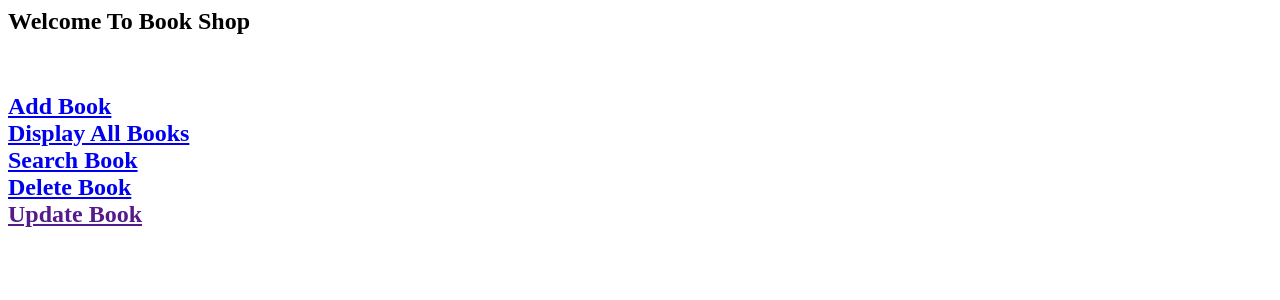
Repository: Bhakti-Belan/Web_Based_Java_Assignment
Page: http://localhost/Online_Bookshop/
The author's editor kept a copy of each file at every save. The page is drawn from the files as they stood at one save, then again after the next save.
The browser window is 1280 px wide. The pictures show the whole page.
The page is served by Tomcat 10. Other server files are loaded and not shown.

Above is the page before, as saved 2025-04-25 03:28:02.

### Online_Bookshop/src/main/webapp/index.jsp
<html>
<body>
<h2>Welcome To Book Shop</h2>
<br>
<h2>
<a href="addBook.jsp">Add Book</a><br>
<a href="viewAll.jsp">Display All Books</a><br>
<a href="searchBook.jsp">Search Book</a><br>
<a href="deleteBook.jsp">Delete Book</a><br>
<a href="">Update Book</a><br>
</h2>
</body>
</html>

After the next save:
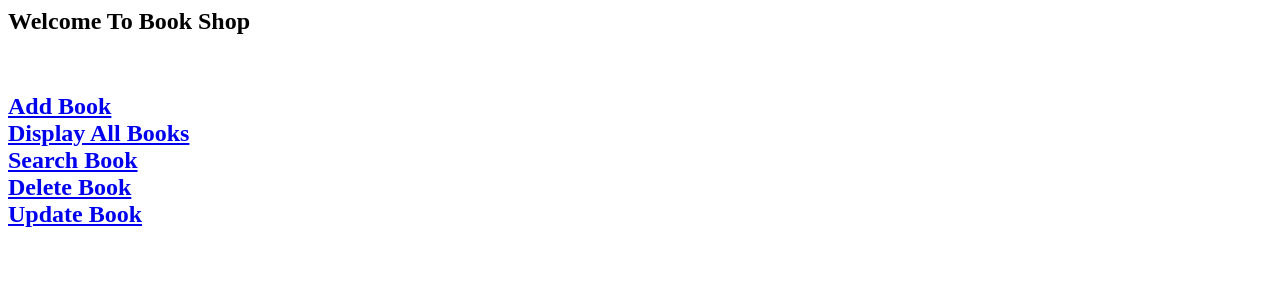
Saved 15 s later.
--- a/Online_Bookshop/src/main/webapp/index.jsp
+++ b/Online_Bookshop/src/main/webapp/index.jsp
@@ -7,7 +7,7 @@
 <a href="viewAll.jsp">Display All Books</a><br>
 <a href="searchBook.jsp">Search Book</a><br>
 <a href="deleteBook.jsp">Delete Book</a><br>
-<a href="">Update Book</a><br>
+<a href="updateBook.jsp">Update Book</a><br>
 </h2>
 </body>
 </html>
